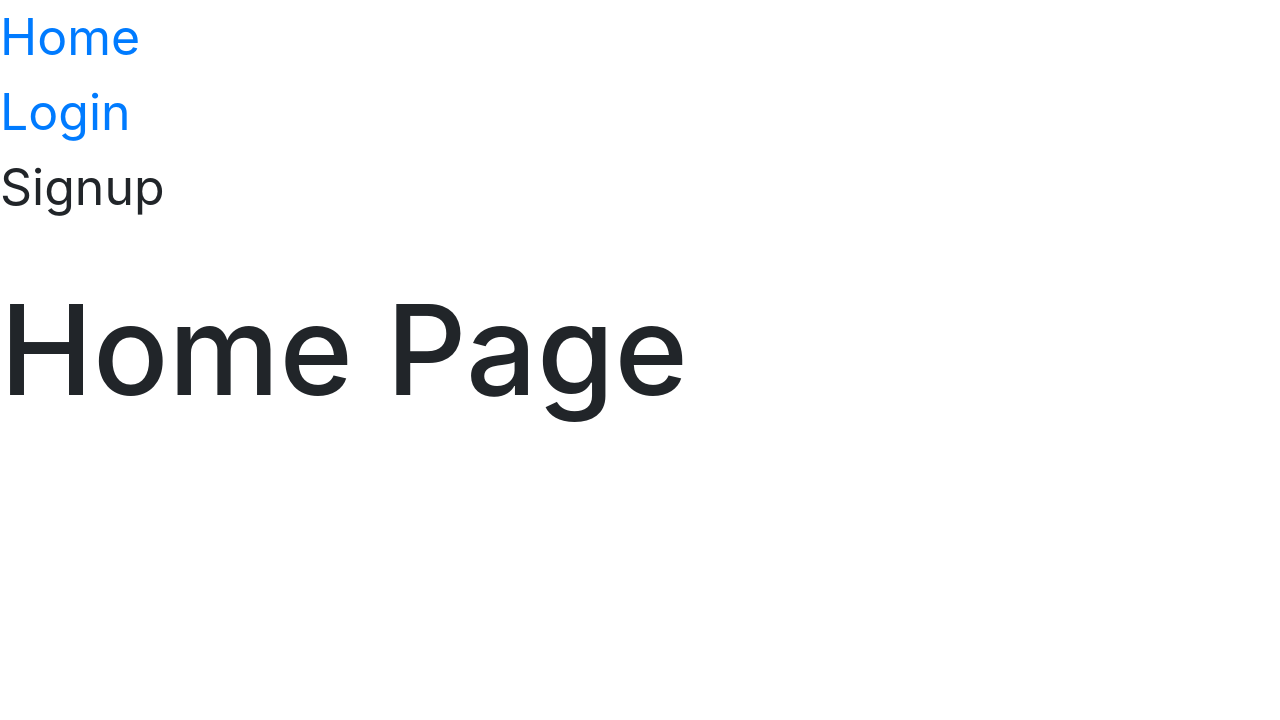
Repository: SCScbc-Projects2022/project-three
Page: / (app in client/)
The author's editor kept a copy of each file at every save. The page is drawn from the files as they stood at one save, then again after the next save.
The browser window is 1280 px wide. The pictures show the whole page.
The project was rebuilt for these pictures with package versions that can differ from the ones it lists, and the page was loaded fresh each time. Also part of the build but not shown: client/src/components/LoginForm.js.

Above is the page before, as saved 2022-07-18 10:20:20.

After the next save:
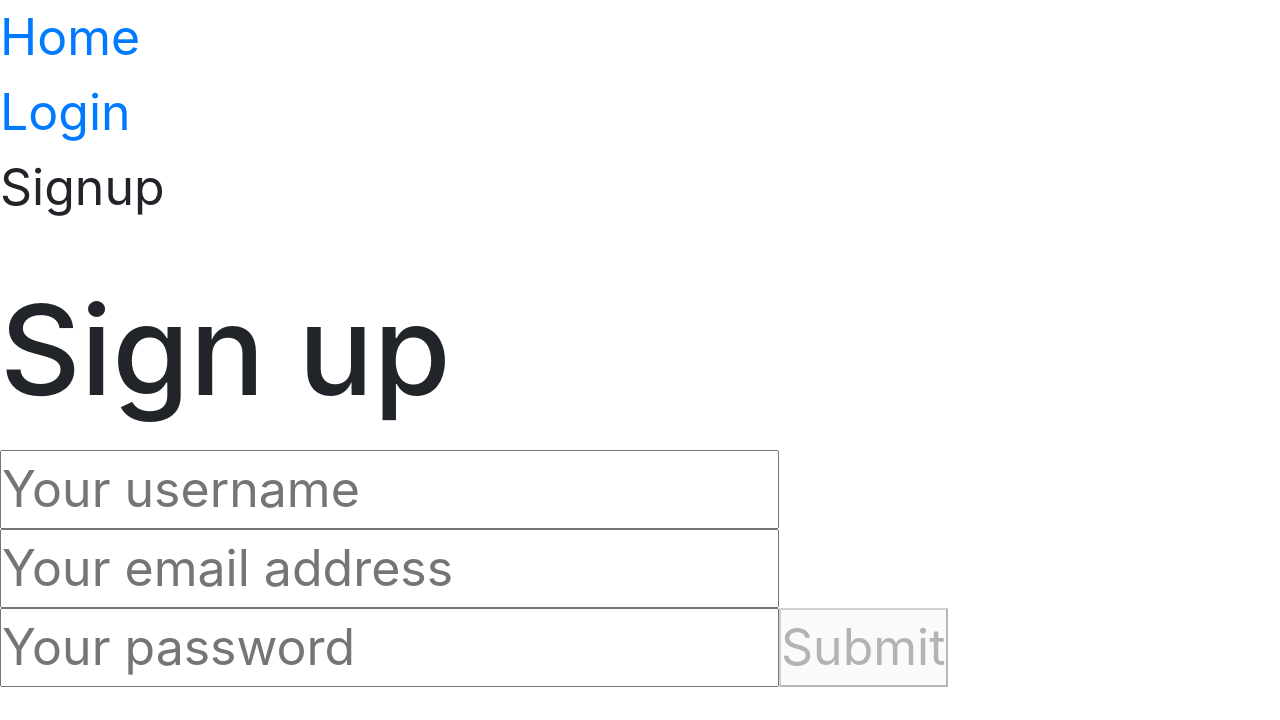
Saved 24 s later.
--- a/client/src/App.js
+++ b/client/src/App.js
@@ -37,9 +37,9 @@ const client = new ApolloClient({
 
 function App() {
   const [activePage, setActivePage] = useState({
-    home: true,
-    login: false,
-    signup: false,
+    Home: true,
+    Login: false,
+    Signup: false,
   });
 
   return (

After the save that followed:
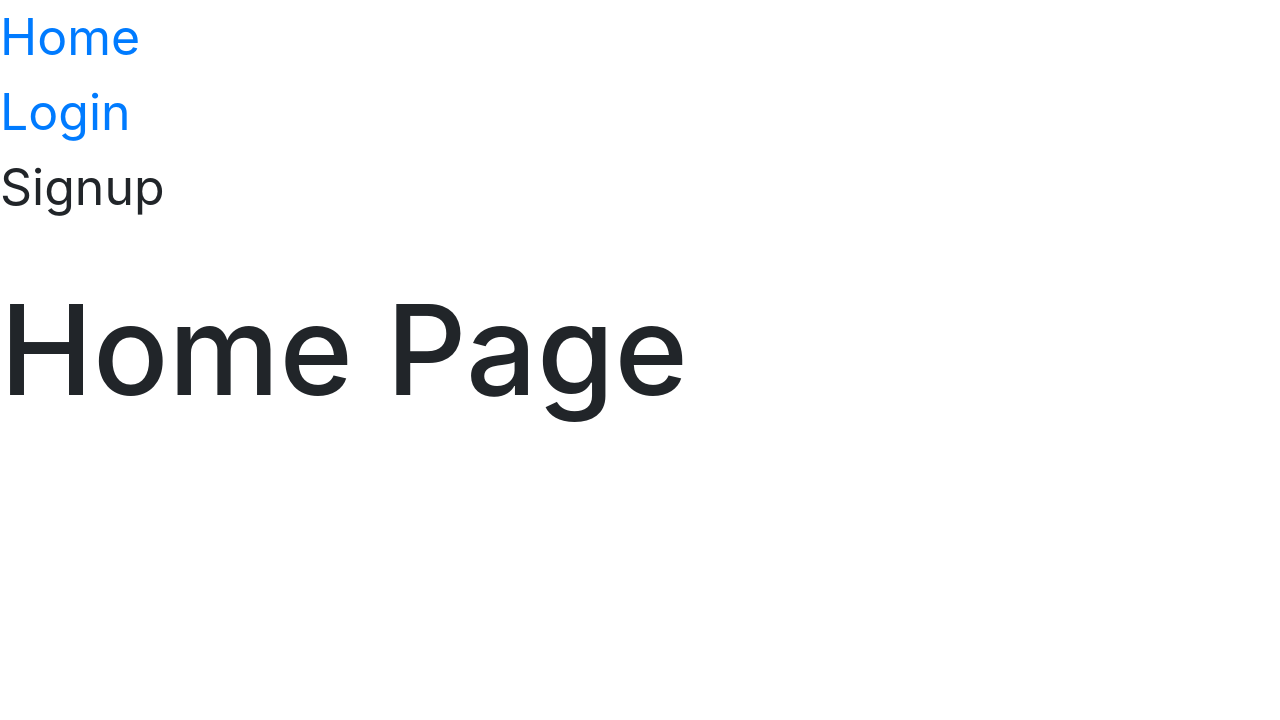
Saved 7 s later.
--- a/client/src/App.js
+++ b/client/src/App.js
@@ -49,9 +49,9 @@ function App() {
           <Navbar activePage={activePage} setActivePage={setActivePage} />
         </nav>
         <section id="main-wrapper">
-          {activePage.home ? (
+          {activePage.Home ? (
             <Home />
-          ) : activePage.login ? (
+          ) : activePage.Login ? (
             <LoginForm />
           ) : (
             <SignupForm />
